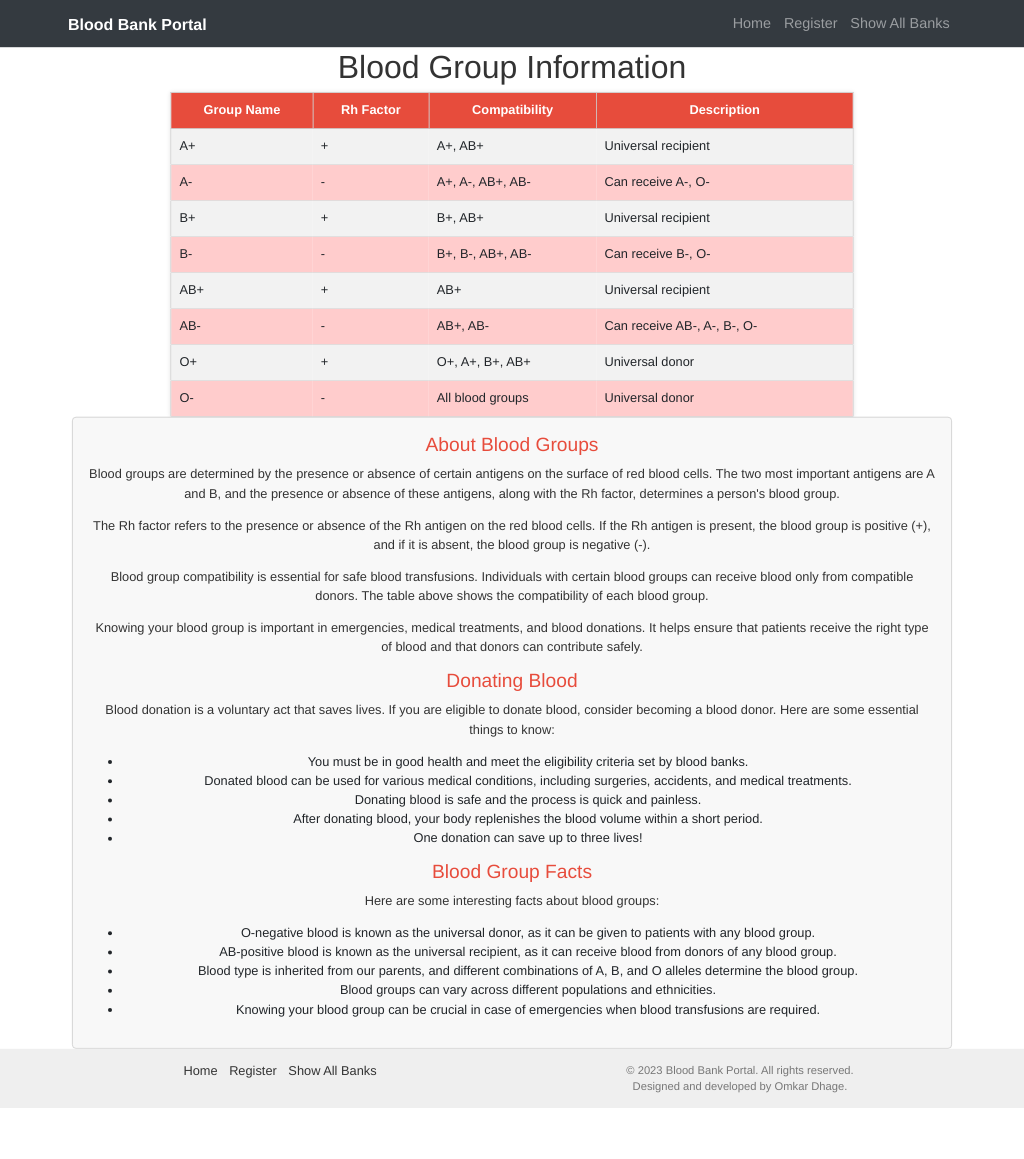
Repository: omi4535/Decentralized_Blood_Bank_System
Page: http://localhost/blood_bank_system/blood_groups_info.jsp
The author's editor kept a copy of each file at every save. The page is drawn from the files as they stood at one save, then again after the next save.
The browser window is 1280 px wide. The pictures show the whole page, at 80% of full size.
Some web libraries are served in a nearby version. The page is served by Tomcat 9.

Above is the page before, as saved 2023-07-04 19:55:22.

After the next save:
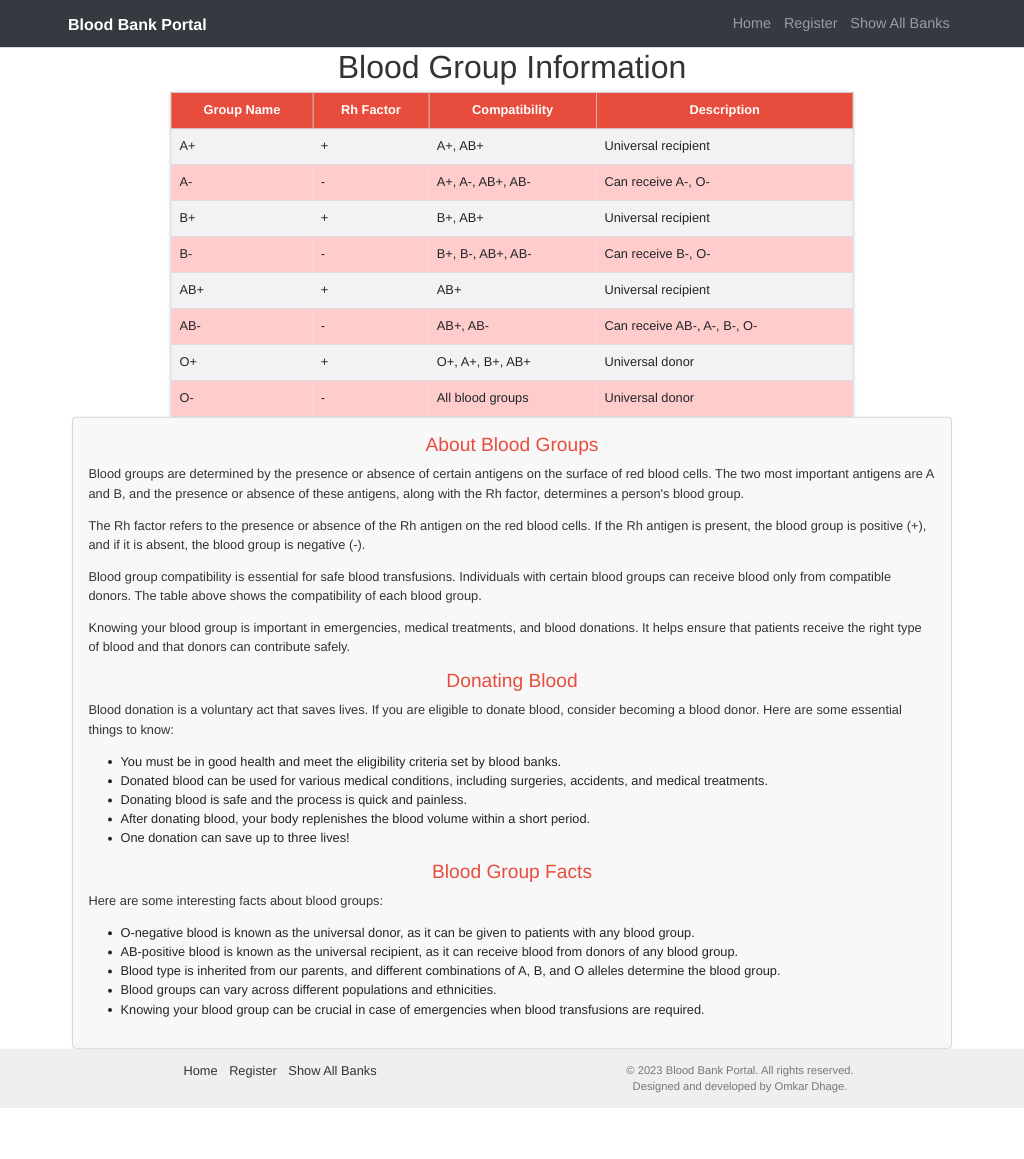
Saved 46 s later.
--- a/blood bank system/src/main/webapp/blood_groups_info.jsp
+++ b/blood bank system/src/main/webapp/blood_groups_info.jsp
@@ -90,7 +90,7 @@ tr:hover {
 .info-container {
 	width: 86%;
 	margin: 0 auto;
-	text-align: center;
+
 	background-color: #F8F8F8;
 	padding: 20px;
 	margin-top:10dp;
@@ -99,6 +99,7 @@ tr:hover {
 }
 
 .info-container h2 {
+text-align: center;
 	color: #E74C3C;
 	font-size: 24px;
 	margin-bottom: 10px;
